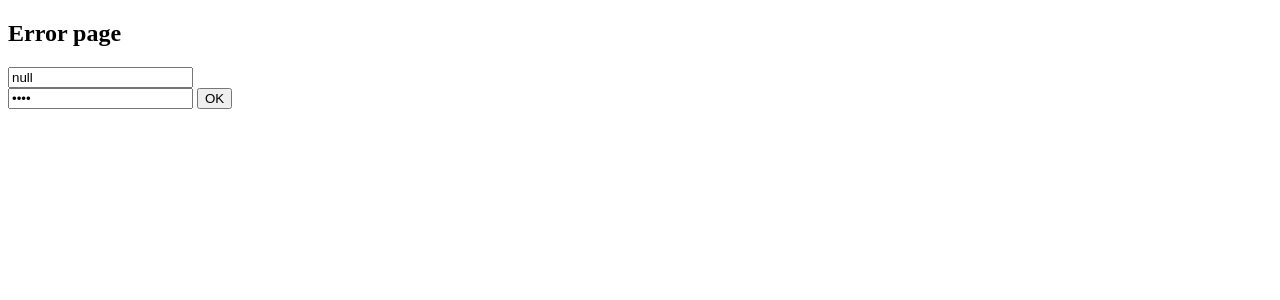
Repository: rkolan/DemoOne
Page: http://localhost/Tutorial-6-Forms/SelfValidatingForm.jsp
These files come from the project's save history. The page is drawn as it stood at one moment and after a run of saves; the edit follows.
The browser window is 1280 px wide. The pictures show the whole page.
The page is served by Tomcat 9.

Above is the page before, as saved 2015-12-14 21:11:43.

After the next 2 saves:
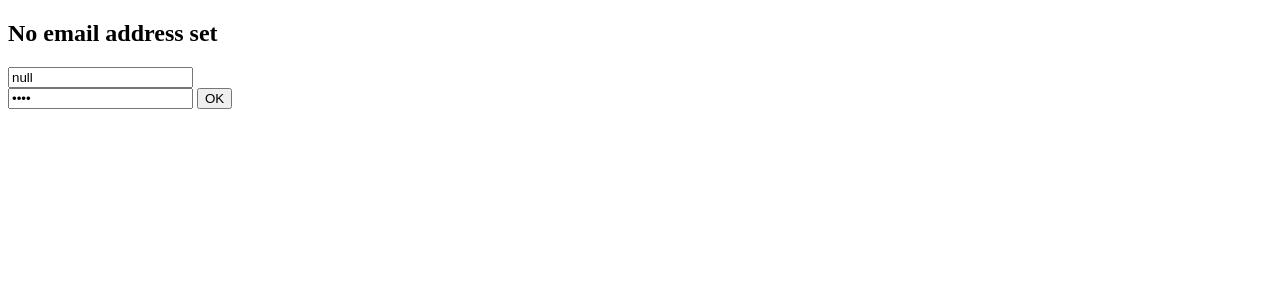
The 2 saves are shown as one change because 1 did not build or start.
The last was saved 2 min 47 s later.
--- a/Tutorial-6-Forms/WebContent/SelfValidatingForm.jsp
+++ b/Tutorial-6-Forms/WebContent/SelfValidatingForm.jsp
@@ -11,6 +11,13 @@
 <jsp:useBean id="user1" class="beans.User" scope="session"></jsp:useBean>
 <jsp:setProperty name="user" property="*"/>
 
+
+<%
+if(user1.validate()){
+	request.getRequestDispatcher("/Controller").forward(request, response);
+}
+
+%>
 <h2>
 <jsp:getProperty name="user1" property="message" />
 </h2>
